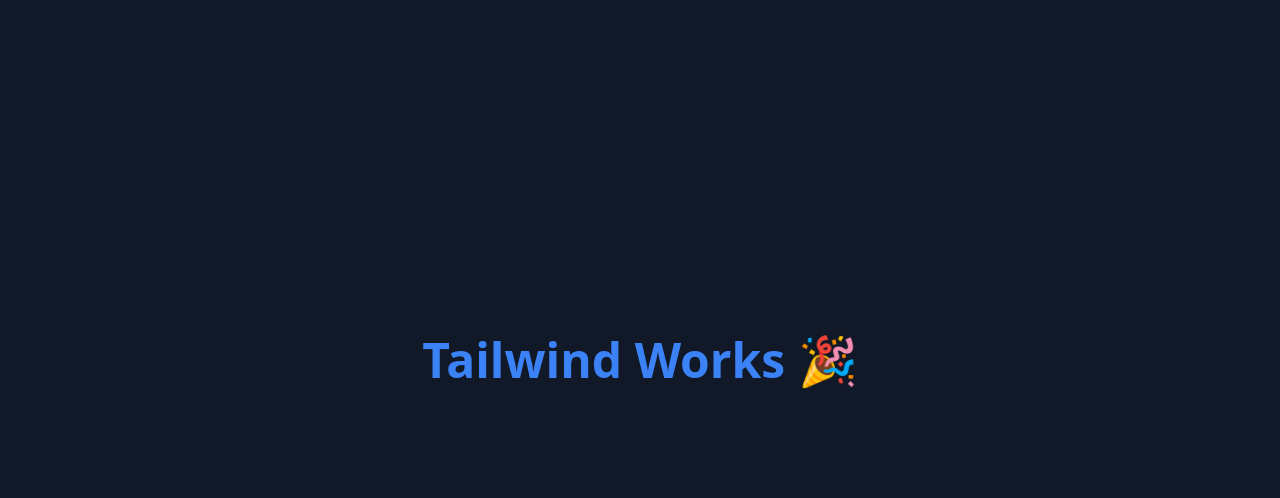
Repository: TalalAhmed011/My-portfolio
Page: /
The author's editor kept a copy of each file at every save. The page is drawn from the files as they stood at one save, then again after the next save.
The browser window is 1280 px wide. The pictures show the whole page.
The project was rebuilt for these pictures with package versions that can differ from the ones it lists, and the page was loaded fresh each time. Also part of the build but not shown: vite.config.js.

Above is the page before, as saved 2025-08-02 04:30:58.

### src/main.jsx
import React from 'react'
import ReactDOM from 'react-dom/client'
import App from './App.jsx'
import './index.css'  // <-- required!

ReactDOM.createRoot(document.getElementById('root')).render(
  <React.StrictMode>
    <App />
  </React.StrictMode>
)

### src/App.jsx
export default function App() {
  return (
    <div className="h-screen flex justify-center items-center bg-gray-900">
      <h1 className="text-5xl font-bold text-blue-500">Tailwind Works 🎉</h1>
    </div>
  )
}

Loaded but not shown: index.html (common file); src/index.css (common file); tailwind.config.js (common file)

After the next save:
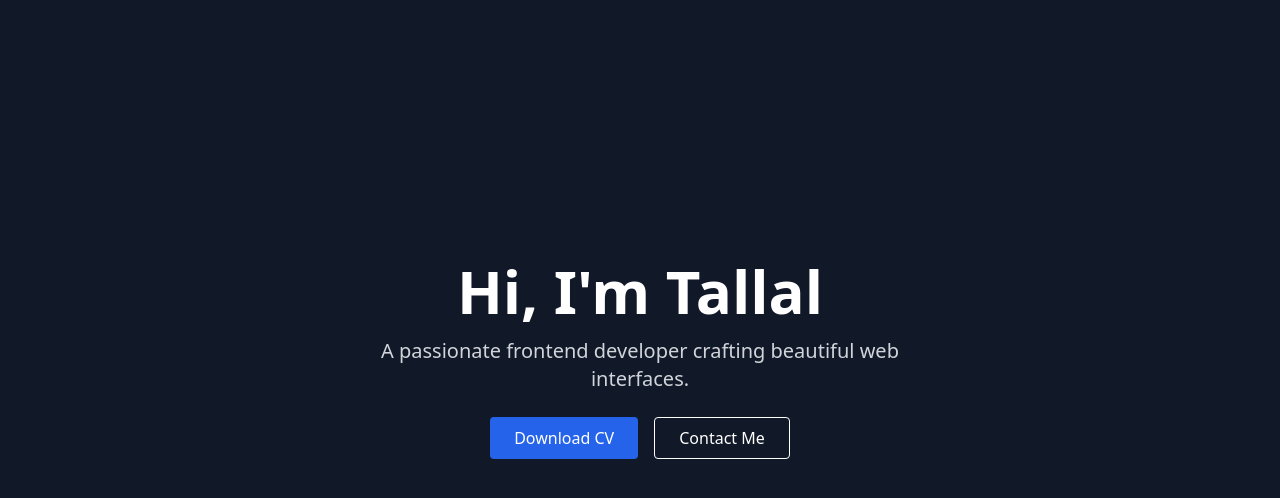
Saved 13 min 58 s later.
--- a/src/App.jsx
+++ b/src/App.jsx
@@ -1,7 +1,20 @@
 export default function App() {
   return (
-    <div className="h-screen flex justify-center items-center bg-gray-900">
-      <h1 className="text-5xl font-bold text-blue-500">Tailwind Works 🎉</h1>
+    <div className="min-h-screen flex items-center justify-center bg-gray-900 text-white">
+      <div className="text-center p-8 max-w-2xl">
+        <h1 className="text-4xl md:text-6xl font-bold mb-4">Hi, I'm Tallal</h1>
+        <p className="text-lg md:text-xl mb-6 text-gray-300">
+          A passionate frontend developer crafting beautiful web interfaces.
+        </p>
+        <div className="flex justify-center gap-4">
+          <button className="bg-blue-600 hover:bg-blue-700 px-6 py-2 rounded text-white">
+            Download CV
+          </button>
+          <button className="border border-white px-6 py-2 rounded text-white hover:bg-white hover:text-black">
+            Contact Me
+          </button>
+        </div>
+      </div>
     </div>
   )
 }
